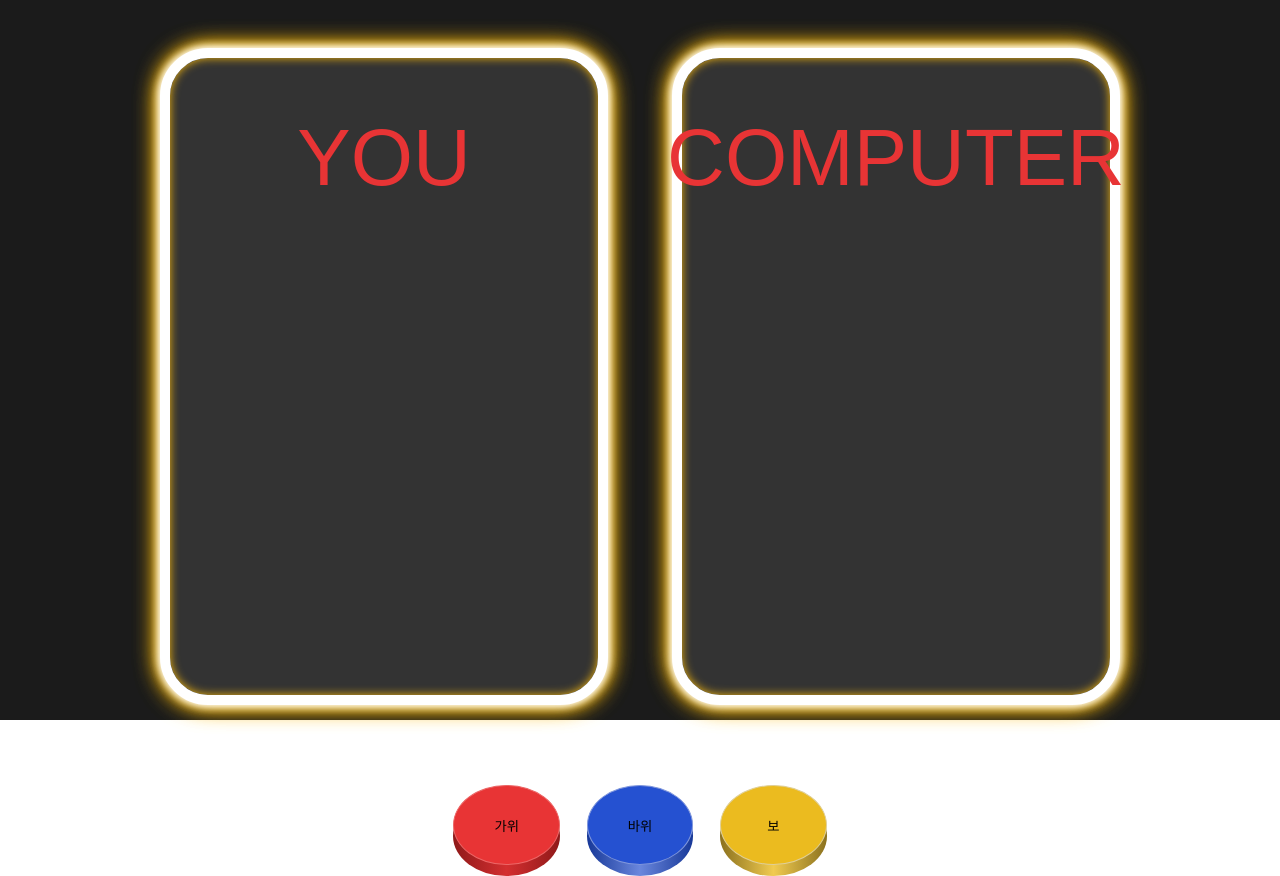
Repository: KIMMIHYE12/classComponent
Page: /
The author's editor kept a copy of each file at every save. The page is drawn from the files as they stood at one save, then again after the next save.
The browser window is 1280 px wide. The pictures show the whole page.
Some web fonts or font styles are not loaded; a fallback is used. The project was rebuilt for these pictures with package versions that can differ from the ones it lists, and the page was loaded fresh each time.

Above is the page before, as saved 2024-03-19 22:09:53.

After the next save:
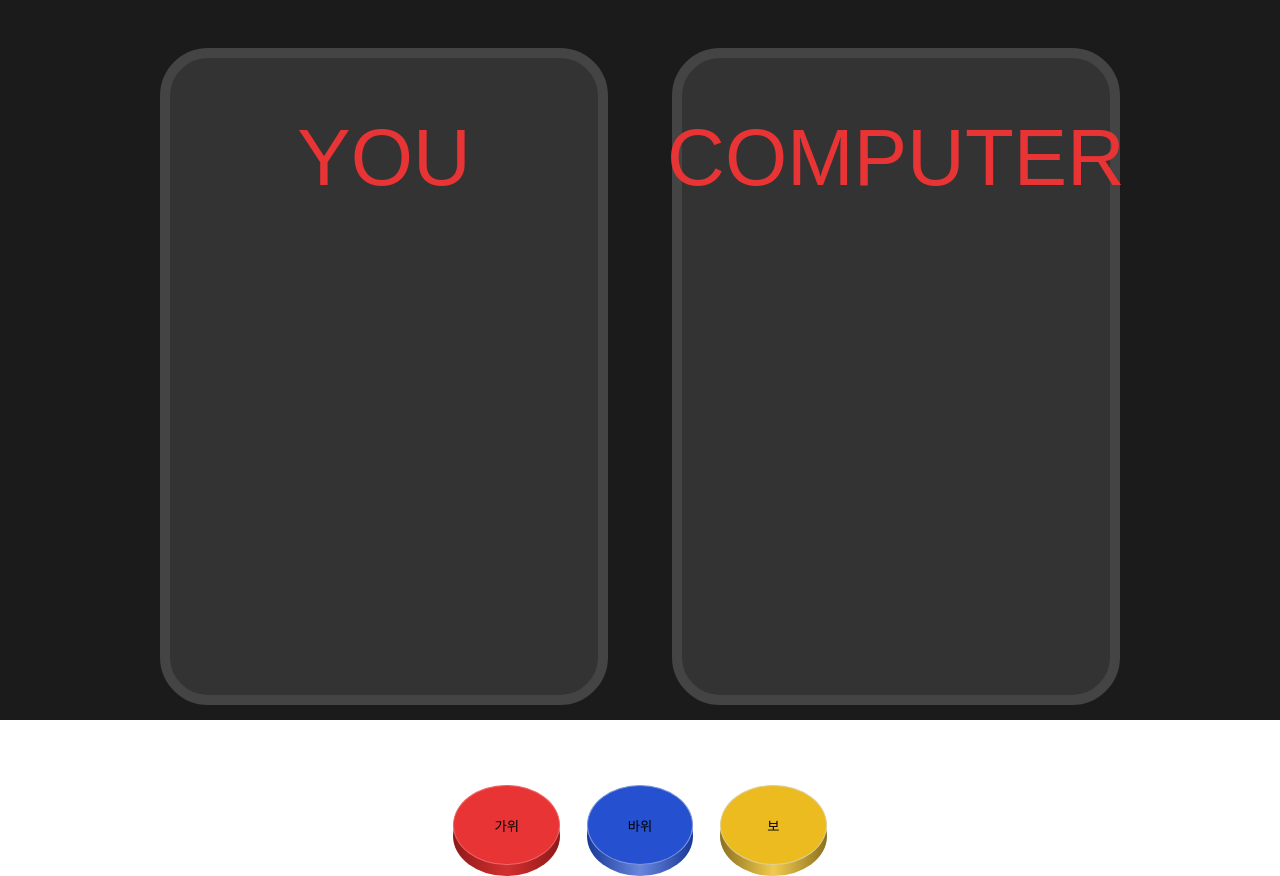
Saved 62 s later.
--- a/src/component/Box.js
+++ b/src/component/Box.js
@@ -15,7 +15,7 @@ export const Box = (props) => {
   }
 
   return (
-    <div className={`box ${result == "Lose" ? "" : "neon"}`}>
+    <div className={`box ${result == "Lose" || result == "" ? "" : "neon"}`}>
       <h1>{props.title}</h1>
       <div className='img_wrap'>
         <img
